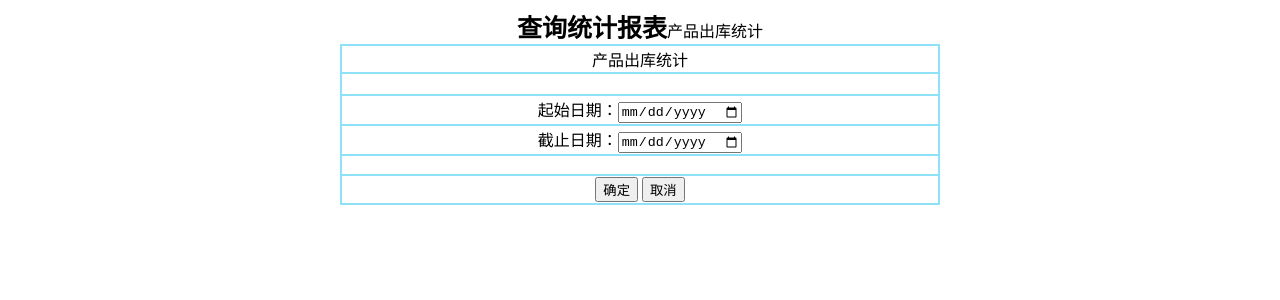
Repository: yuxingyan/OneCrewFlour
Page: http://localhost/Flour/inquireoutstore.jsp
These files come from the project's save history. The page is drawn as it stood at one moment and after the next save; the edit follows.
The browser window is 1280 px wide. The pictures show the whole page.
The page is served by Tomcat 9. Nobody is signed in. The application's start-up code is not run.

Above is the page before, as saved 2018-01-11 07:23:36.

After the next save:
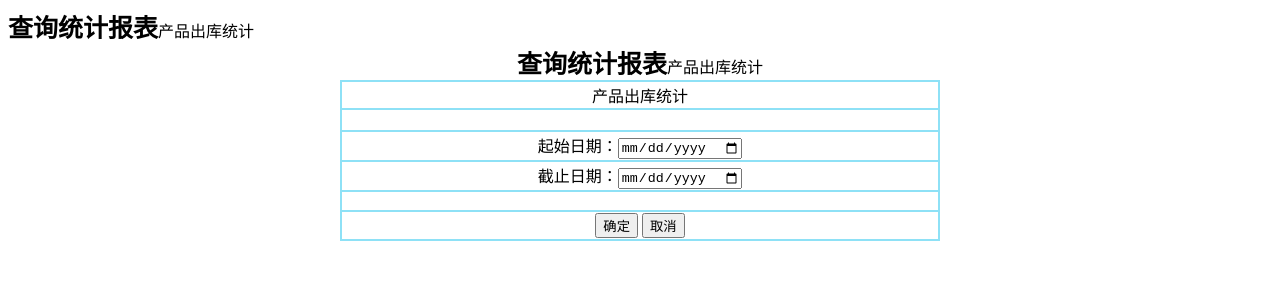
Saved 12 s later.
--- a/Flour/WebRoot/inquireoutstore.jsp
+++ b/Flour/WebRoot/inquireoutstore.jsp
@@ -49,6 +49,7 @@ String basePath = request.getScheme()+"://"+request.getServerName()+":"+request.
   </head>
 
   <body>
+    <strong style="font-size:25px">查询统计报表</strong>产品出库统计
     <center>
        <form  name="form1" id="form1" action="inquiremanagestore" method="post">
     <strong style="font-size:25px">查询统计报表</strong>产品出库统计
